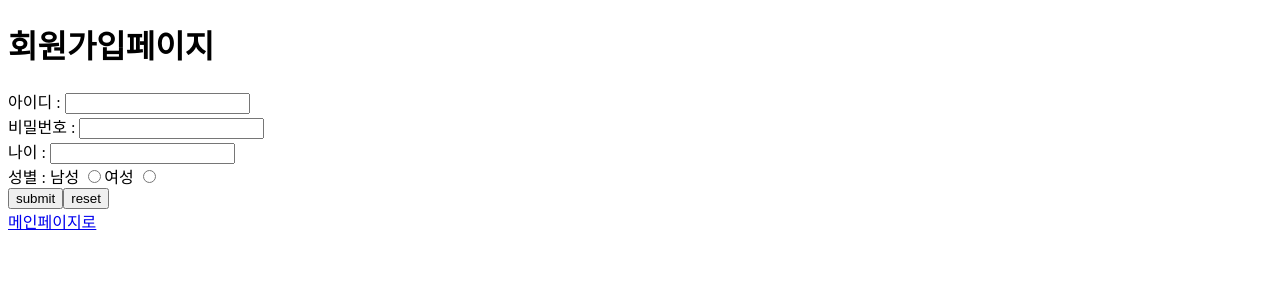
Repository: emthrology/servertest
Page: http://localhost/practices/views/member2/join.jsp
These files come from the project's save history. The page is drawn as it stood at one moment and after the next save; the edit follows.
The browser window is 1280 px wide. The pictures show the whole page.
The page is served by Tomcat 9.

Above is the page before, as saved 2019-05-17 06:04:40.

After the next save:
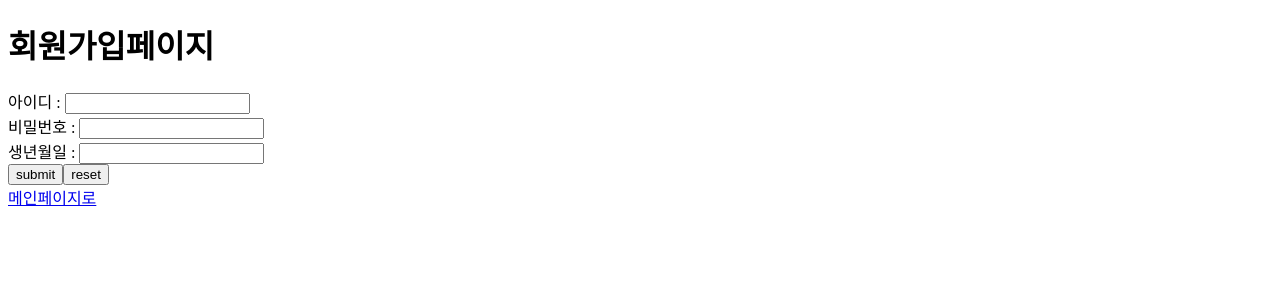
Saved 19 s later.
--- a/apache/practices/WebContent/views/member2/join.jsp
+++ b/apache/practices/WebContent/views/member2/join.jsp
@@ -11,8 +11,7 @@
 	<form action="/join" method="post">
 		아이디 : <input type="text" name="memberId"><br>
 		비밀번호 : <input type="password" name="memberPw"><br>
-		나이 : <input type="text" name="age"><br>
-		성별 : 남성 <input type="radio" name="sex" value="1" >여성 <input type="radio" name="sex" value="2" ><br>
+		생년월일 : <input type="text" name="birthday"><br>
 		<input type="submit" value="submit"><input type="reset" value="reset"><br>
 	</form>
 	<a href="/">메인페이지로</a>
